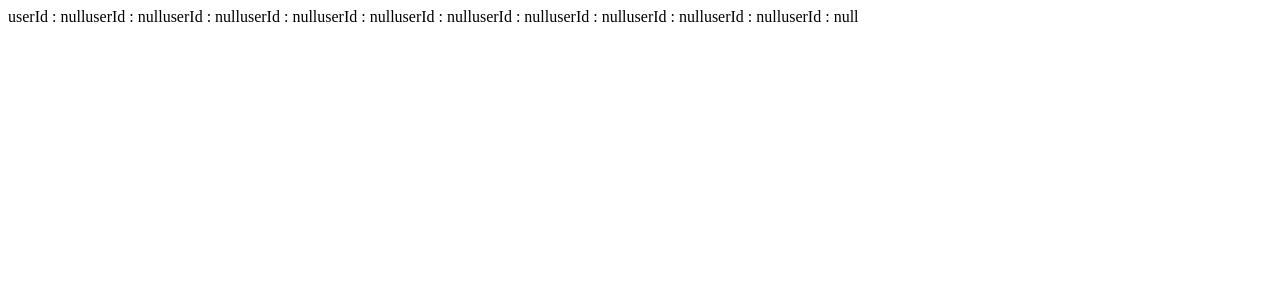
Repository: Pen-nek/Java_original
Page: http://localhost/JspBook/exaddmember/processAddMember.jsp
An editor plug-in stored every save of this project. The page is shown before and after a run of saves, followed by the edit.
The browser window is 1280 px wide. The pictures show the whole page.
The page is served by Tomcat 9. Nobody is signed in. The application's start-up code is not run. Other server files are loaded and not shown.

Above is the page before, as saved 2019-08-22 08:00:34.

### JspBook/WebContent/exaddmember/processAddMember.jsp
<%@ page contentType="text/html; charset=utf-8"%>
<%@ page import="java.util.*"%>
<title></title>

<%
	request.setCharacterEncoding("UTF-8");

	String userId = request.getParameter("userId");
	String userPw = request.getParameter("userPw");
	String name = request.getParameter("name");
	String phone = request.getParameter("phone");
	String email = request.getParameter("email");
	String gender = request.getParameter("gender");
	String birthDate = request.getParameter("birthDate");
	String addr = request.getParameter("addr");
	String addr2 = request.getParameter("addr2");
	String addr3 = request.getParameter("addr3");
	String registDate = request.getParameter("registDate");

	out.print("userId : " + userId);
	out.print("userId : " + userId);
	out.print("userId : " + userId);
	out.print("userId : " + userId);
	out.print("userId : " + userId);
	out.print("userId : " + userId);
	out.print("userId : " + userId);
	out.print("userId : " + userId);
	out.print("userId : " + userId);
	out.print("userId : " + userId);
	out.print("userId : " + userId);
%>

After the next 3 saves:
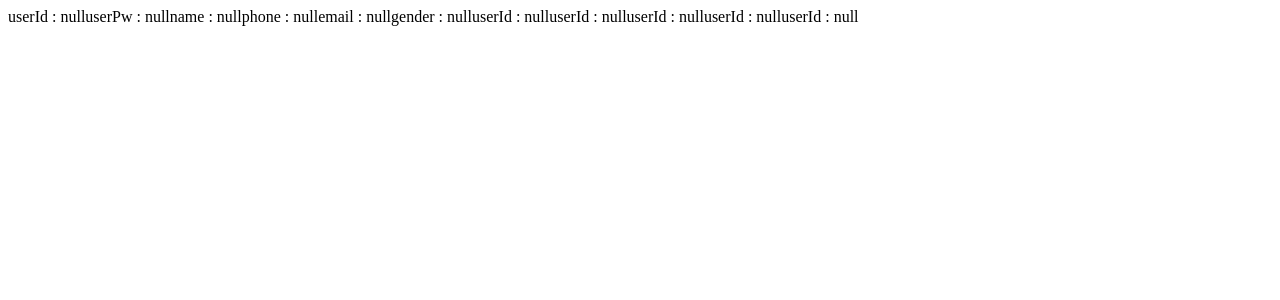
The 3 saves are shown as one change because they came seconds apart.
The last was saved 20 s later.
--- a/JspBook/WebContent/exaddmember/processAddMember.jsp
+++ b/JspBook/WebContent/exaddmember/processAddMember.jsp
@@ -18,11 +18,11 @@
 	String registDate = request.getParameter("registDate");
 
 	out.print("userId : " + userId);
-	out.print("userId : " + userId);
-	out.print("userId : " + userId);
-	out.print("userId : " + userId);
-	out.print("userId : " + userId);
-	out.print("userId : " + userId);
+	out.print("userPw : " + userPw);
+	out.print("name : " + name);
+	out.print("phone : " + phone);
+	out.print("email : " + email);
+	out.print("gender : " + gender);
 	out.print("userId : " + userId);
 	out.print("userId : " + userId);
 	out.print("userId : " + userId);
